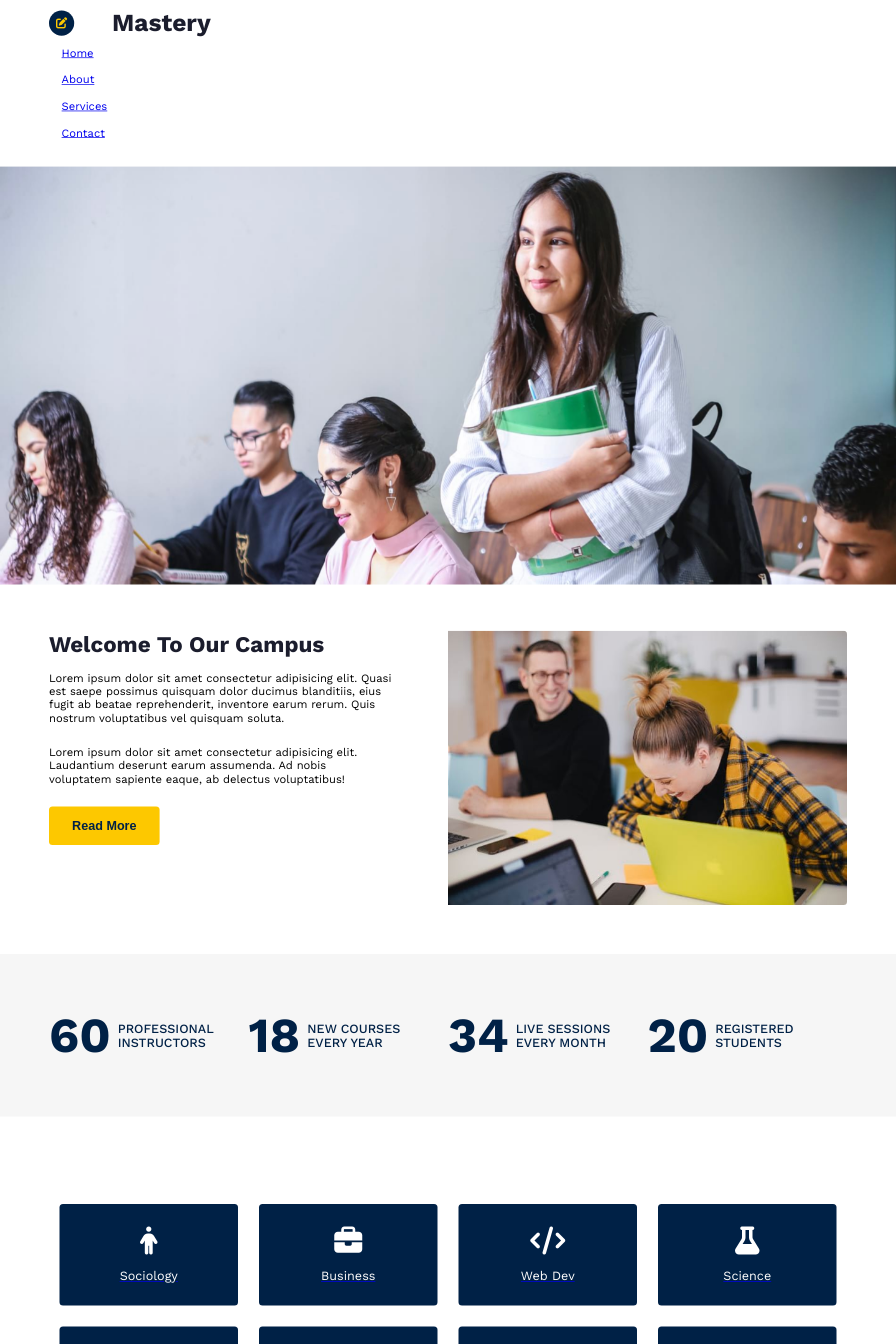
Repository: giahuy405/BC38__Mastery__Pham_Gia_Huy
Page: index.html
These files come from the project's save history. The page is drawn as it stood at one moment and after the next save; the edit follows.
The browser window is 1280 px wide. The pictures show the part of the page from y = 0 to 1920 px (the page is 3229 px tall before and 3096 px after), at 70% of full size.

Above is the page before, as saved 2022-09-10 14:27:05.

After the next save:
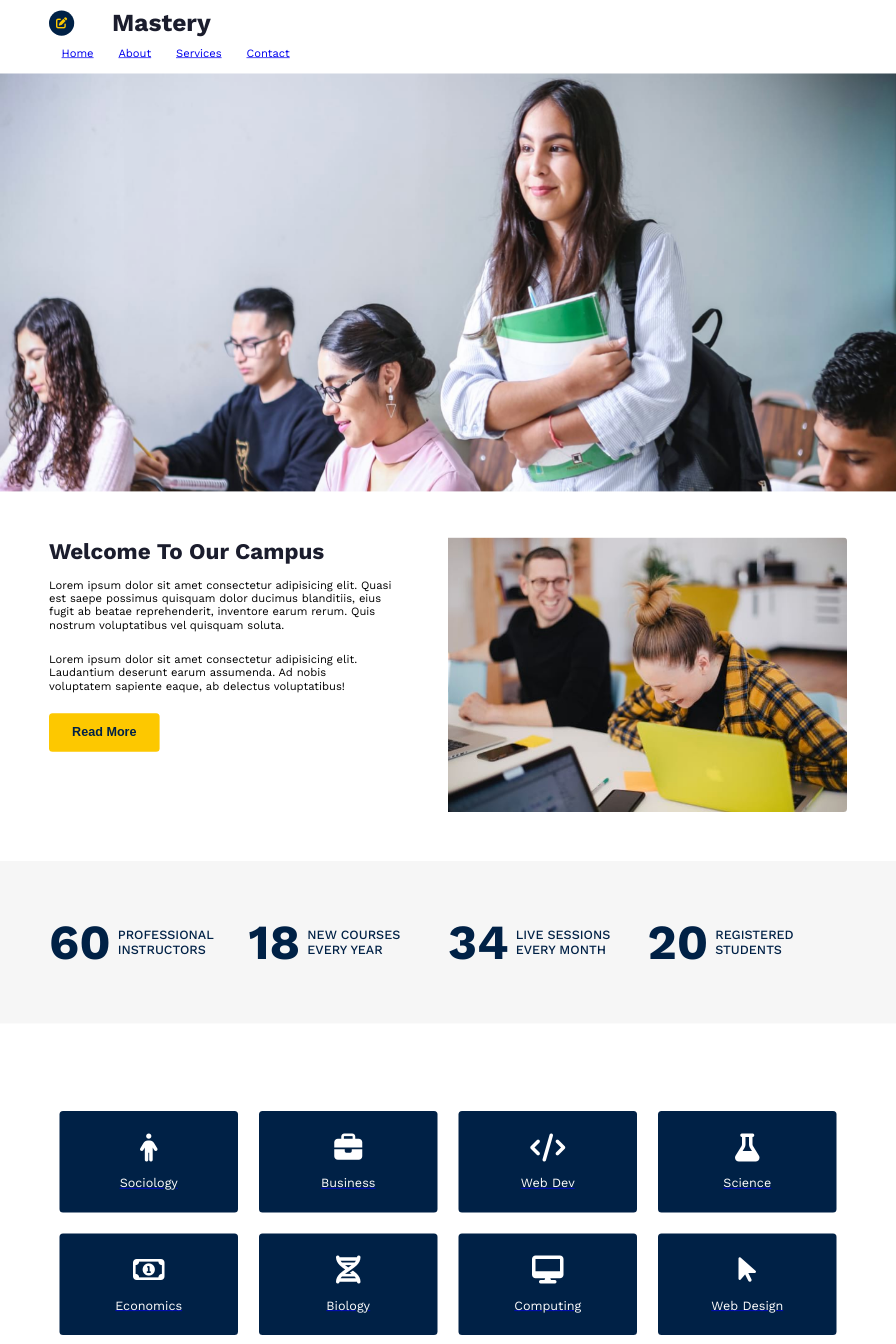
Saved 39 s later.
--- a/index.html
+++ b/index.html
@@ -21,10 +21,10 @@
     <nav>
         <div class="container">
             <ul>
-                <li><div class="wrapper"><span class="square individual"><a class="ninth before after"  href="#">Home</a></span></div></li>
-                <li><div class="wrapper"><span class="square individual"><a class="ninth before after"  href="#">About</a></span></div></li>
-                <li><div class="wrapper"><span class="square individual"><a class="ninth before after"  href="#">Services</a></span></div></li>
-                <li><div class="wrapper"><span class="square individual"><a class="ninth before after"  href="#">Contact</a></span></div></li>
+                <li><a  href="#">Home</a></li>
+                <li><a  href="#">About</a></li>
+                <li><a  href="#">Services</a></li>
+                <li><a  href="#">Contact</a></li>
             </ul>
         </div>
     </nav>
